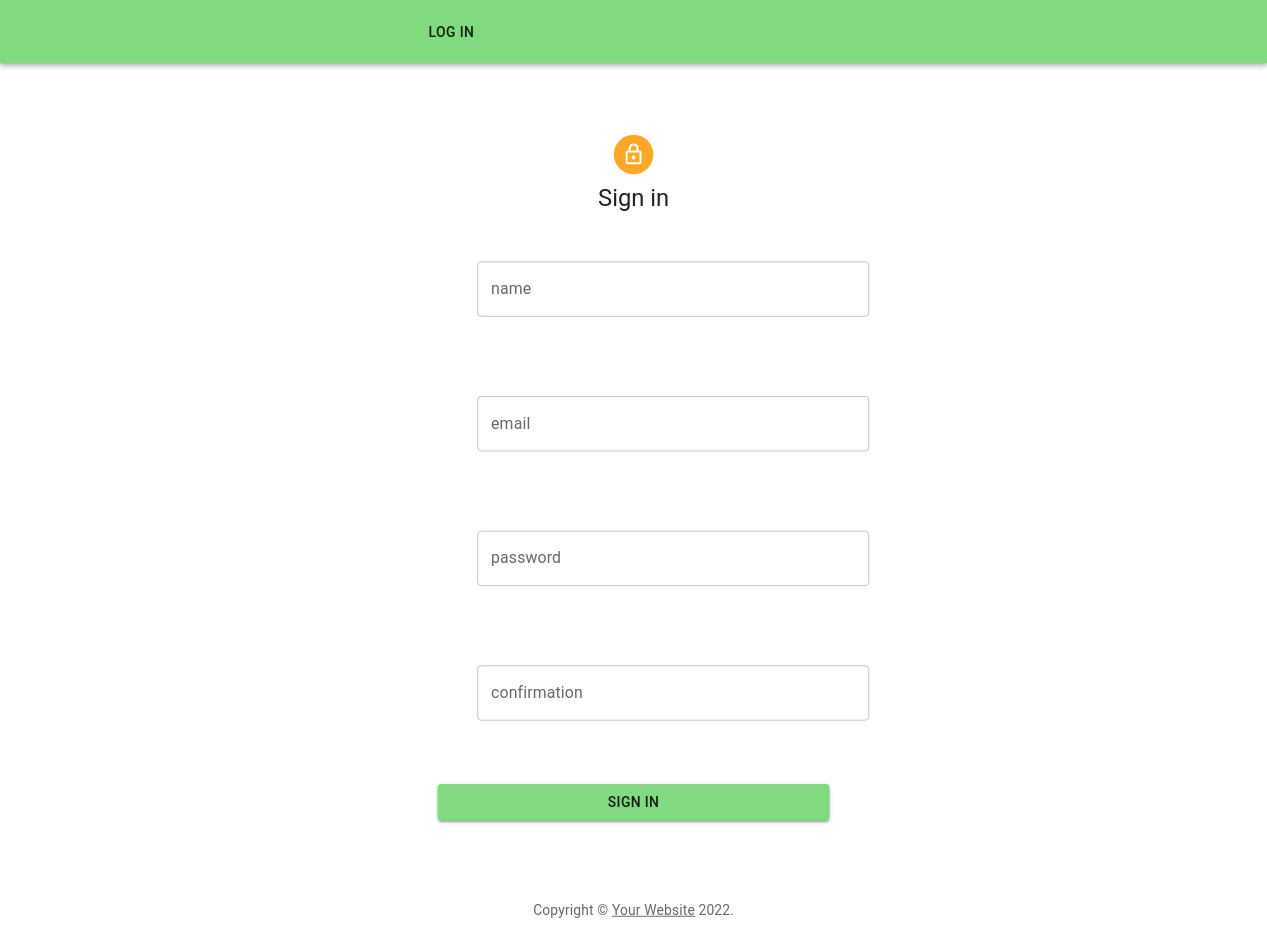
Repository: motohiro0410/motsufood
Page: /signin (app in frontend/)
An editor plug-in stored every save of this project. The page is shown before and after the next save, followed by the edit.
The browser window is 1280 px wide. The pictures show the whole page, at 99% of full size.
The project was rebuilt for these pictures with package versions that can differ from the ones it lists, and the page was loaded fresh each time. Also part of the build but not shown: frontend/src/components/pages/Login.tsx, frontend/src/components/organisms/Footer.tsx, frontend/src/components/organisms/MainHeader.tsx, frontend/src/components/organisms/UserDetailModal.tsx, frontend/src/apis/useCreateCount.ts, frontend/src/components/pages/Count.tsx, frontend/src/components/pages/Money.tsx, frontend/src/components/organisms/GroupHeader.tsx and 8 more.

Above is the page before, as saved 2022-08-21 23:44:38.

After the next save:
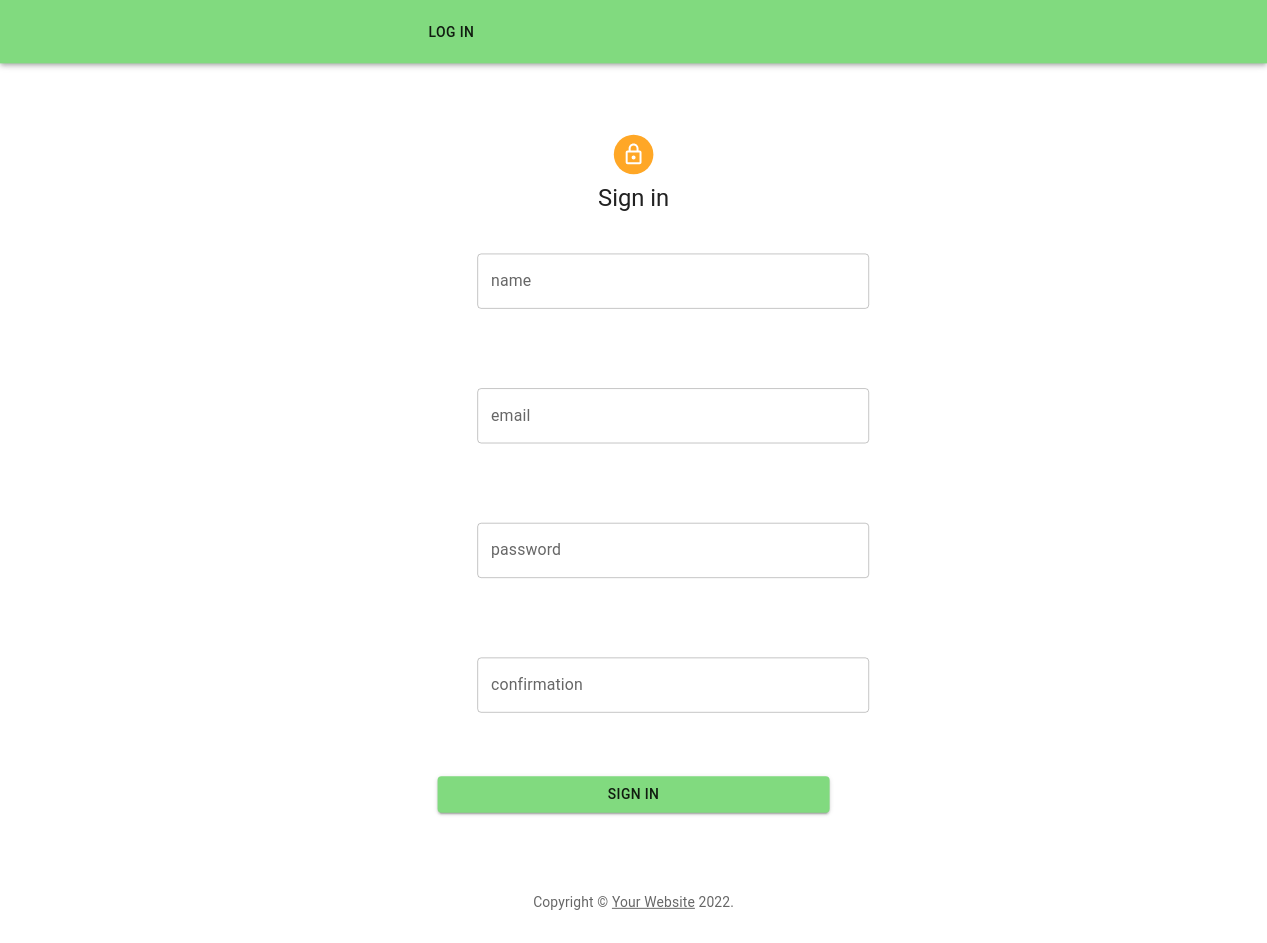
Saved 64 s later.
--- a/frontend/src/components/pages/SignIn.tsx
+++ b/frontend/src/components/pages/SignIn.tsx
@@ -57,7 +57,7 @@ export const SignIn = () => {
             <Typography component="h1" variant="h5">
               Sign in
             </Typography>
-            <Stack component="form" width="100%" onSubmit={handleSubmit} noValidate sx={{ mt: 1 }}>
+            <Stack component="form" width="100%" onSubmit={handleSubmit} noValidate >
               {/* <TextField
                 margin="normal"
                 required
